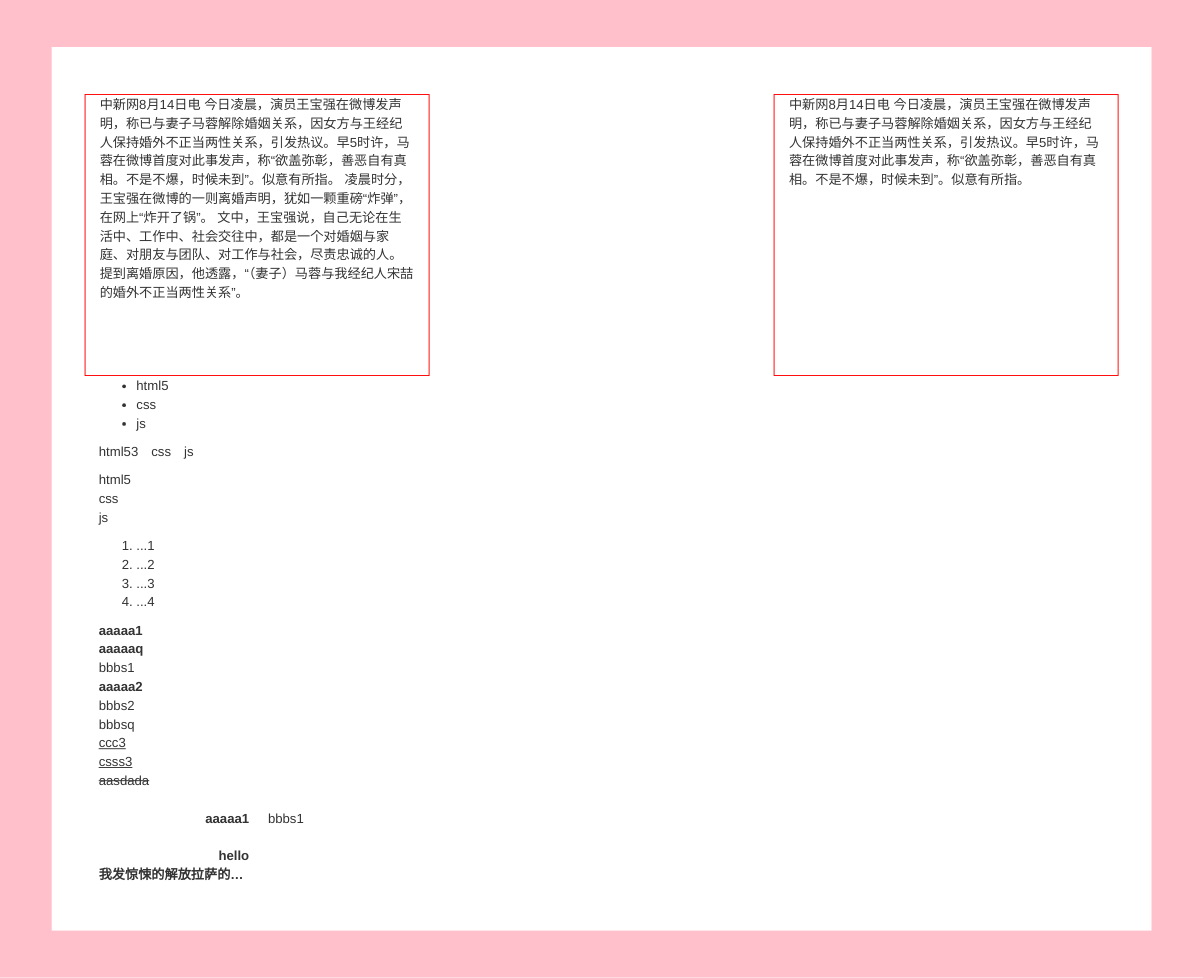
Repository: linkosong/mine
Page: workspaces/activity/src/main/webapp/WEB-INF/html/list.html
The author's editor kept a copy of each file at every save. The page is drawn from the files as they stood at one save, then again after the next save.
The browser window is 1280 px wide. The pictures show the whole page, at 94% of full size.

Above is the page before, as saved 2016-11-15 07:34:25.

### workspaces/activity/src/main/webapp/WEB-INF/html/list.html
<!DOCTYPE HTML>
<html>
	<head>
		<meta http-equiv="X-UA-Compatible" content="IE=edge"><!--  IE浏览器9.0全都支持 ，的核心配置意思是与bootstrap交融，正常使用  -->
		<meta name="viewport" charset="utf-8"  content="device=device-width,initoal-scale=1"><!--  合适图框的大小，缩放的比例 ，支持pc端，移动端     -->
		<title>Bootstrap基础入门</title>
		<link rel="stylesheet" href="../../bootstrap/css/bootstrap.min.css" type="text/css"></link>
		<script type="text/javascript" src="../../bootstrap/js/jquery-3.1.1.min.js"></script>
		<script type="text/javascript" src="../../bootstrap/js/bootstrap.min.js"></script>
	</head>

	<body style="padding: 50px; background-color: pink">
		<div class="container" style="padding: 50px; background-color: #fff"> <!-- container : 表示的是文字或内容到边框的自动调整       -->
<div class="row">
				<div class="col-md-4 " style="border:1px solid red;height:300px"> <!--  col-md-* :表示的是所适应的屏幕
				                                                                        col-后跟sm用于手机端， xs用于平板 ， md用于电脑 ，lg用于大屏幕
				                                                                                                                                                                                                                        默认的是一行十二列
				                                                                     -->

					中新网8月14日电
					今日凌晨，演员王宝强在微博发声明，称已与妻子马蓉解除婚姻关系，因女方与王经纪人保持婚外不正当两性关系，引发热议。早5时许，马蓉在微博首度对此事发声，称“欲盖弥彰，善恶自有真相。不是不爆，时候未到”。似意有所指。
					凌晨时分，王宝强在微博的一则离婚声明，犹如一颗重磅“炸弹”，在网上“炸开了锅”。
					文中，王宝强说，自己无论在生活中、工作中、社会交往中，都是一个对婚姻与家庭、对朋友与团队、对工作与社会，尽责忠诚的人。提到离婚原因，他透露，“（妻子）马蓉与我经纪人宋喆的婚外不正当两性关系”。
				</div>
				<div class="col-md-4 col-md-offset-4" style="border:1px solid red;height:300px">
					中新网8月14日电
					今日凌晨，演员王宝强在微博发声明，称已与妻子马蓉解除婚姻关系，因女方与王经纪人保持婚外不正当两性关系，引发热议。早5时许，马蓉在微博首度对此事发声，称“欲盖弥彰，善恶自有真相。不是不爆，时候未到”。似意有所指。
			</div>

		</div>
			<div>
				<ul>
				<li>html5</li>
				<li>css</li>
				<li>js</li>
			  </ul>
			  <ul class="list-inline">
				<li>html53</li>
				<li>css</li>
				<li>js</li>
			  </ul>
			  <ul class="list-unstyled">
				<li>html5</li>
				<li>css</li>
				<li>js</li>
			  </ul>
			  <ol>
                <li>...1</li>
                <li>...2</li>
                <li>...3</li>
                <li>...4</li>
              </ol>
              <dl>
			    <dt>aaaaa1</dt>
			    <dt>aaaaaq</dt>
			    <dd>bbbs1</dd>
			    <dt>aaaaa2</dt>
			    <dd>bbbs2</dd>
			    <dd>bbbsq</dd>
			    <ins>ccc3</ins>
			     <dd><ins>csss3</ins></dd>
			    <del>aasdada</del>
			  </dl>
			  <dl class="dl-horizontal">
			    <dt>aaaaa1</dt>
			    <dd>bbbs1</dd>
			  </dl>
			  <dl class="dl-horizontal">
    <dt>hello</dt>
    <dt>我发惊悚的解放拉萨的解放了宽松的家离开飞机上的离开飞机利斯柯达家房里卡斯家房里三大纪律附近上的离开飞机上的离开家房里卡斯的家房里看电视家房里卡的家所发生的家的离开</dt>
</dl>
		</div>
	</div>
	</body>
</html>

Loaded but not shown: workspaces/activity/src/main/webapp/bootstrap/css/bootstrap.min.css (library); workspaces/activity/src/main/webapp/bootstrap/js/jquery-3.1.1.min.js (library); workspaces/activity/src/main/webapp/bootstrap/js/bootstrap.min.js (library)

After the next save:
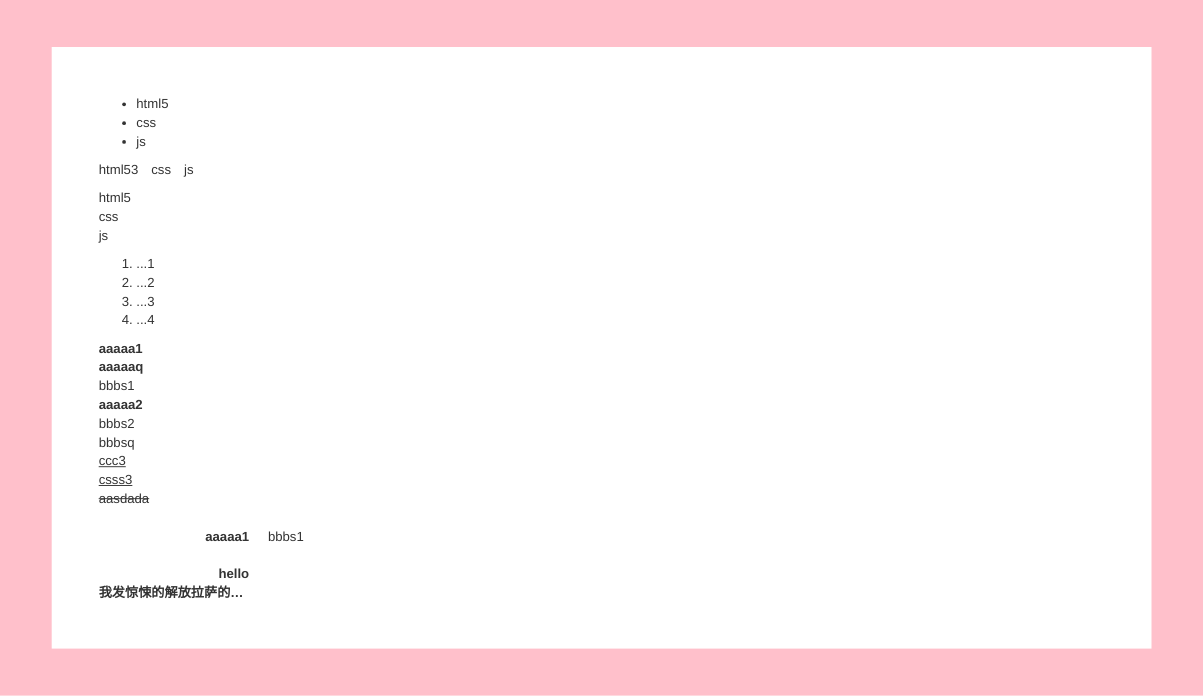
Saved 34 s later.
--- a/workspaces/activity/src/main/webapp/WEB-INF/html/list.html
+++ b/workspaces/activity/src/main/webapp/WEB-INF/html/list.html
@@ -11,23 +11,7 @@
 
 	<body style="padding: 50px; background-color: pink">
 		<div class="container" style="padding: 50px; background-color: #fff"> <!-- container : 表示的是文字或内容到边框的自动调整       -->
-<div class="row">
-				<div class="col-md-4 " style="border:1px solid red;height:300px"> <!--  col-md-* :表示的是所适应的屏幕
-				                                                                        col-后跟sm用于手机端， xs用于平板 ， md用于电脑 ，lg用于大屏幕
-				                                                                                                                                                                                                                        默认的是一行十二列
-				                                                                     -->
 
-					中新网8月14日电
-					今日凌晨，演员王宝强在微博发声明，称已与妻子马蓉解除婚姻关系，因女方与王经纪人保持婚外不正当两性关系，引发热议。早5时许，马蓉在微博首度对此事发声，称“欲盖弥彰，善恶自有真相。不是不爆，时候未到”。似意有所指。
-					凌晨时分，王宝强在微博的一则离婚声明，犹如一颗重磅“炸弹”，在网上“炸开了锅”。
-					文中，王宝强说，自己无论在生活中、工作中、社会交往中，都是一个对婚姻与家庭、对朋友与团队、对工作与社会，尽责忠诚的人。提到离婚原因，他透露，“（妻子）马蓉与我经纪人宋喆的婚外不正当两性关系”。
-				</div>
-				<div class="col-md-4 col-md-offset-4" style="border:1px solid red;height:300px">
-					中新网8月14日电
-					今日凌晨，演员王宝强在微博发声明，称已与妻子马蓉解除婚姻关系，因女方与王经纪人保持婚外不正当两性关系，引发热议。早5时许，马蓉在微博首度对此事发声，称“欲盖弥彰，善恶自有真相。不是不爆，时候未到”。似意有所指。
-			</div>
-
-		</div>
 			<div>
 				<ul>
 				<li>html5</li>
